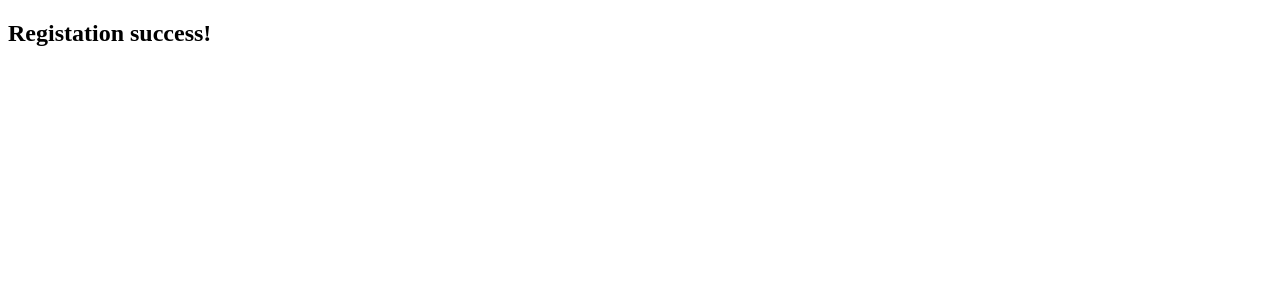
Repository: sultanaNargis03/IndustryReadyJavaSpringBoot
Page: Servlet/workspace/Learningportal/src/main/webapp/registersuccess.html
These files come from the project's save history. The page is drawn as it stood at one moment and after the next save; the edit follows.
The browser window is 1280 px wide. The pictures show the whole page.

Above is the page before, as saved 2023-12-06 16:46:26.

### Servlet/workspace/Learningportal/src/main/webapp/registersuccess.html
<!DOCTYPE html>
<html>
<head>
<meta charset="ISO-8859-1">
<title>Register success</title>
</head>
<body>
<h2>Registation success!</h2>
</body>
</html>

After the next save:
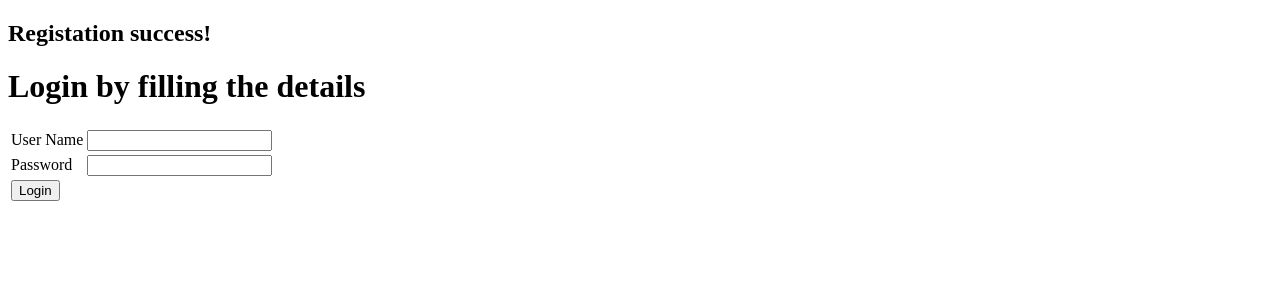
Saved 92 s later.
--- a/Servlet/workspace/Learningportal/src/main/webapp/registersuccess.html
+++ b/Servlet/workspace/Learningportal/src/main/webapp/registersuccess.html
@@ -6,5 +6,24 @@
 </head>
 <body>
 <h2>Registation success!</h2>
+<h1>Login by filling the details</h1>
+
+<form method="post" action="./login">
+	<table>
+		<tr>
+			<td>User Name</td>
+			<td><input type="text" name="uname"</td>
+		</tr>
+
+			<td>Password</td>
+			<td><input type="password" name="password"</td>
+		</tr>
+
+		<tr>
+			<td><input type="submit" value="Login"</td>
+		</tr>
+	</table>
+</form>
+
 </body>
 </html>
